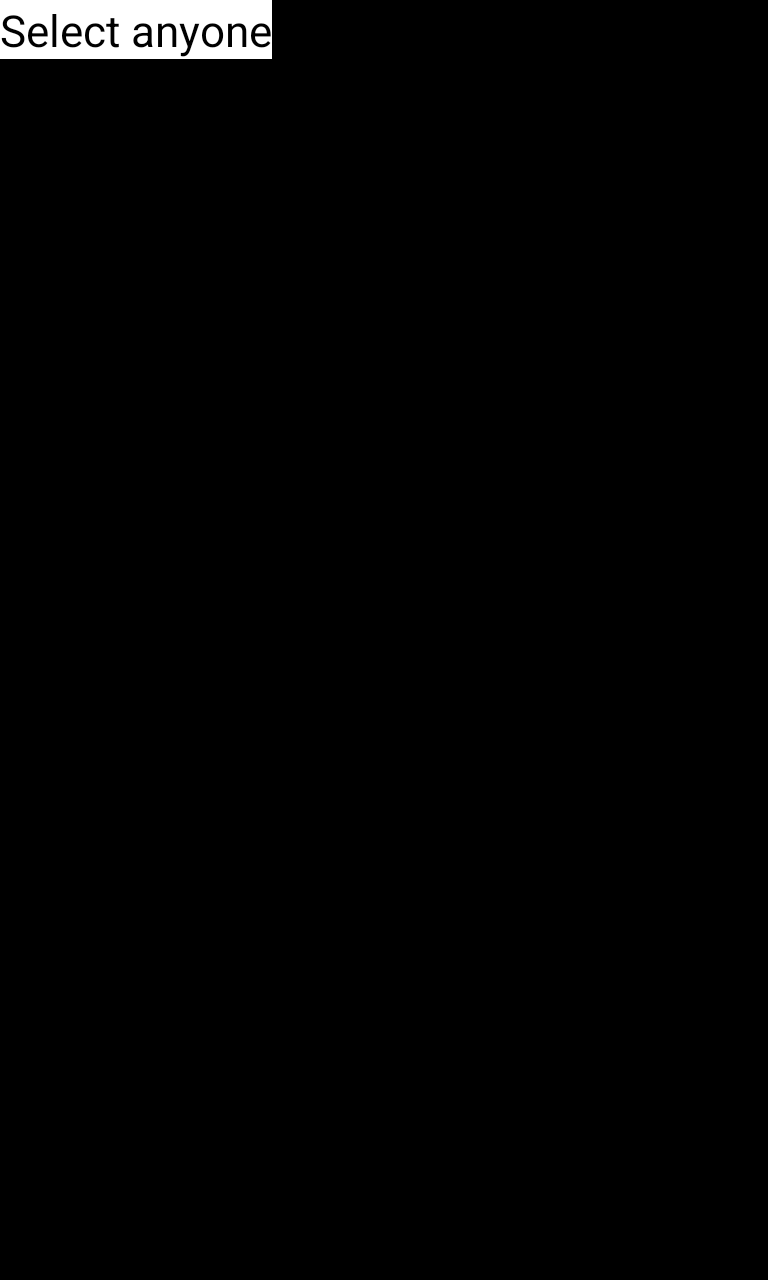
Repository: arifhasnatnstucsteonGit/BanngladeshPoliceService
Layout: Bangladesh Police Service/BangladeshPoliceService/res/layout/dhaka.xml
The author's editor kept a copy of each file at every save. The layout is drawn from the files as they stood at one save, then again after the next save.
It is drawn on a 768 x 1280 px phone screen (xhdpi) without system bars, with theme AppTheme; the app's code is not run.

Above is the layout before, as saved 2014-03-09 18:03:45.

After the next save:
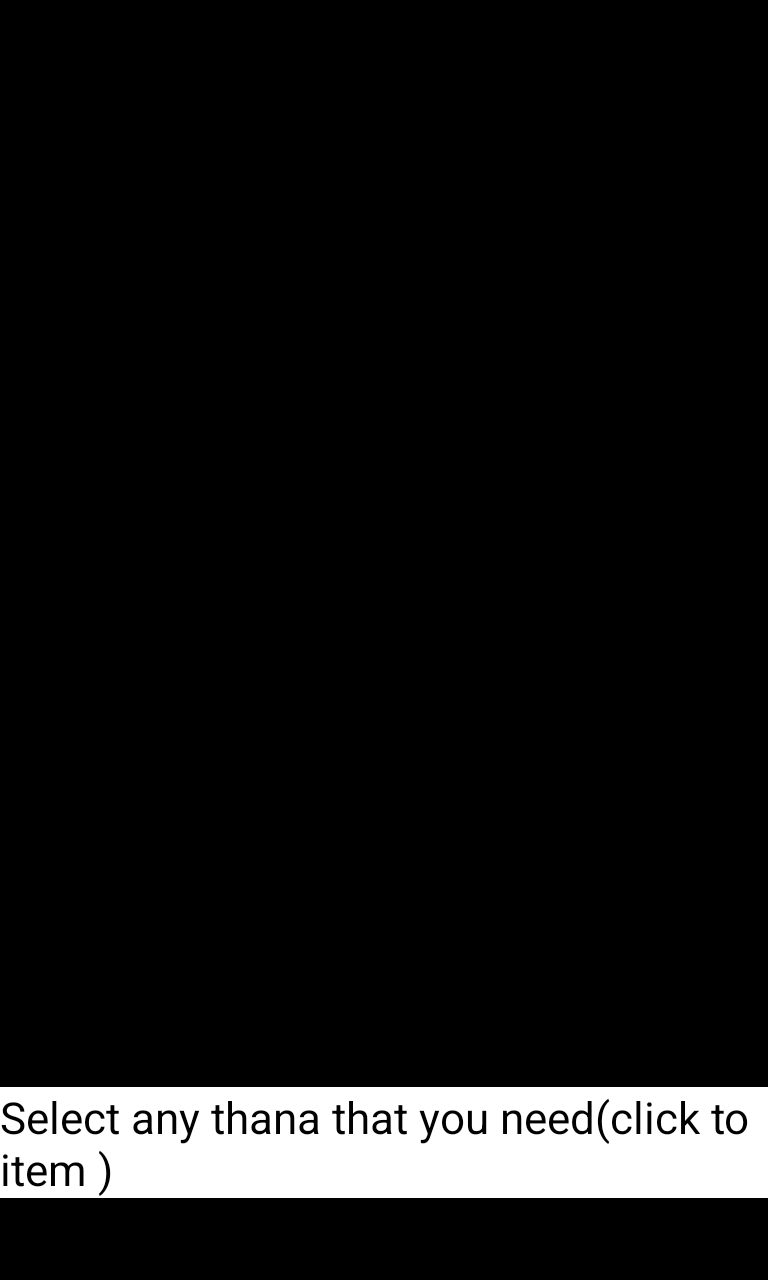
Saved 77 min 22 s later.
--- a/Bangladesh Police Service/BangladeshPoliceService/res/layout/dhaka.xml
+++ b/Bangladesh Police Service/BangladeshPoliceService/res/layout/dhaka.xml
@@ -4,23 +4,24 @@
     android:layout_height="match_parent"
     android:background="#000" >
 
+    <TextView
+        android:id="@+id/textView1"
+        android:layout_width="wrap_content"
+        android:layout_height="wrap_content"
+        android:layout_above="@+id/dhakaSpinner"
+        android:layout_alignParentLeft="true"
+        android:layout_marginBottom="19dp"
+        android:background="#FFF"
+        android:text="Select any thana that you need(click to item )"
+        android:textAppearance="?android:attr/textAppearanceLarge" />
+
     <Spinner
         android:id="@+id/dhakaSpinner"
         android:layout_width="wrap_content"
         android:layout_height="wrap_content"
+        android:layout_alignParentBottom="true"
         android:layout_alignParentLeft="true"
-        android:layout_centerVertical="true"
+        android:layout_marginBottom="22dp"
         android:background="#FEE" />
 
-    <TextView
-        android:id="@+id/textView1"
-        android:layout_width="wrap_content"
-        android:layout_height="wrap_content"
-        android:layout_above="@+id/spinner1"
-        android:layout_alignParentLeft="true"
-        android:layout_marginBottom="30dp"
-        android:background="#FFF"
-        android:text="Select anyone"
-        android:textAppearance="?android:attr/textAppearanceLarge" />
-
 </RelativeLayout>
